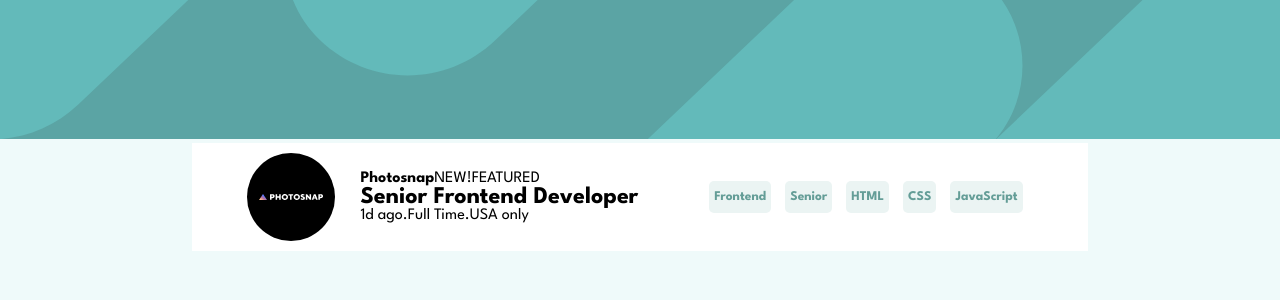
Repository: Eldream12/JobListing
Page: index.html
An editor plug-in stored every save of this project. The page is shown before and after the next save, followed by the edit.
The browser window is 1280 px wide. The pictures show the whole page.

Above is the page before, as saved 2025-03-31 20:28:42.

After the next save:
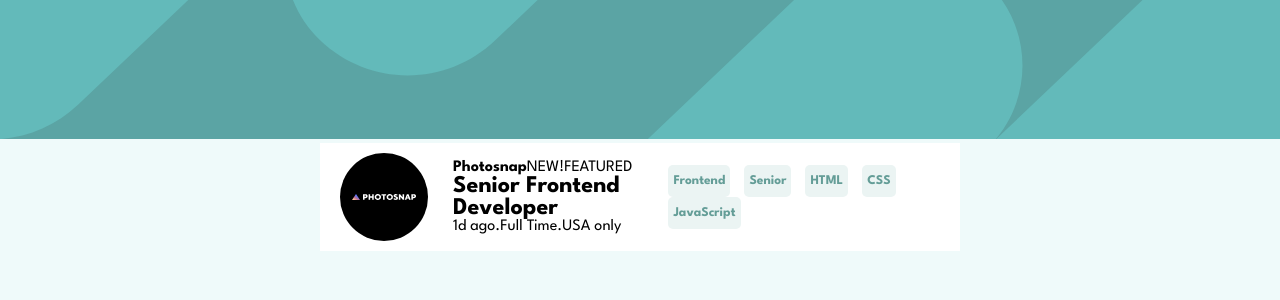
Saved 57 s later.
--- a/style/style.css
+++ b/style/style.css
@@ -21,7 +21,7 @@ header img {
 	background-color: #ffffff;
 	align-items: center;
 	justify-content: space-around;
-	max-width: 70%;
+	max-width: 50%;
 	margin: auto;
 	padding: 10px 20px 10px 20px;
 }
